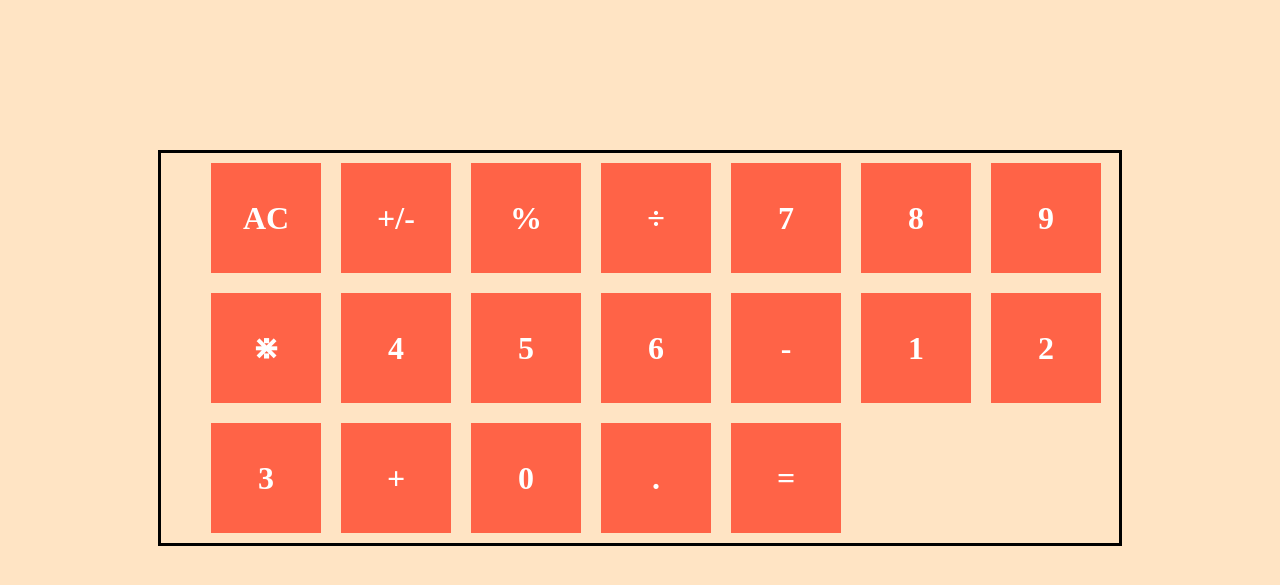
Repository: noahcallen/LAB-calculator
Page: index.html
These files come from the project's save history. The page is drawn as it stood at one moment and after the next save; the edit follows.
The browser window is 1280 px wide. The pictures show the whole page.

Above is the page before, as saved 2024-07-09 22:20:58.

After the next save:
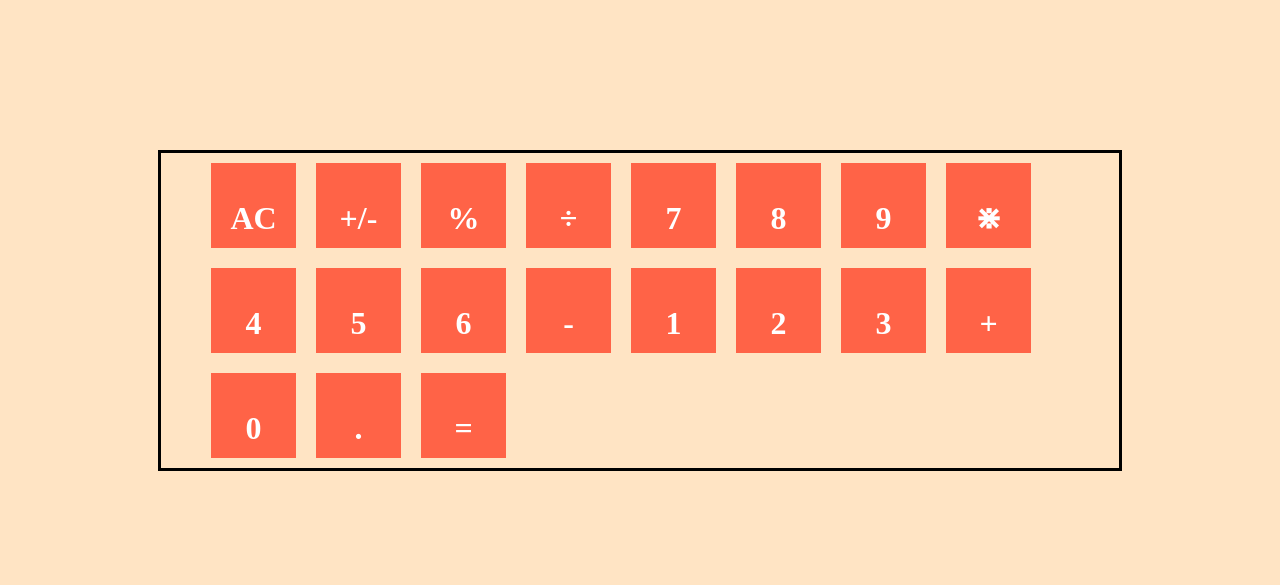
Saved 16 s later.
--- a/main.css
+++ b/main.css
@@ -24,8 +24,8 @@ body {
 .flex-item {
   background: tomato;
   padding: 5px;
-  width: 100px;
-  height: 100px;
+  width: 75px;
+  height: 75px;
   margin: 10px;
 
   line-height: 100px;
